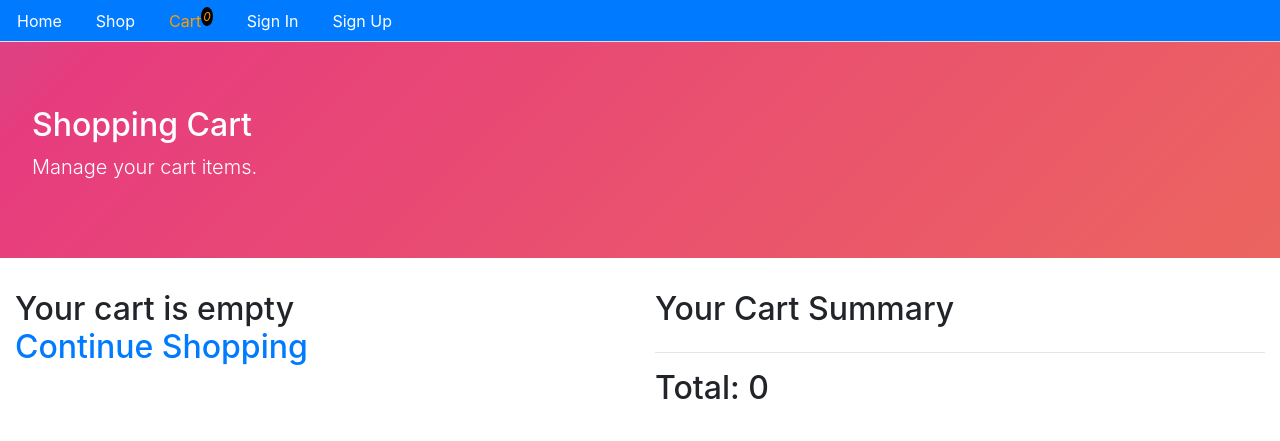
Repository: pragnyatata/Ecommerce
Page: /cart (app in ecommerce-front/)
These files come from the project's save history. The page is drawn as it stood at one moment and after the next save; the edit follows.
The browser window is 1280 px wide. The pictures show the whole page.
The project was rebuilt for these pictures with package versions that can differ from the ones it lists, and the page was loaded fresh each time. Also part of the build but not shown: ecommerce-front/src/user/Signup.js, ecommerce-front/src/user/Signin.js, ecommerce-front/src/core/ShowImage.js, ecommerce-front/src/core/Card.js, ecommerce-front/src/core/Search.js, ecommerce-front/src/core/Home.js, ecommerce-front/src/auth/PrivateRoute.js, ecommerce-front/src/user/UserDashboard.js and 10 more.

Above is the page before, as saved 2020-01-23 01:49:34.

After the next save:
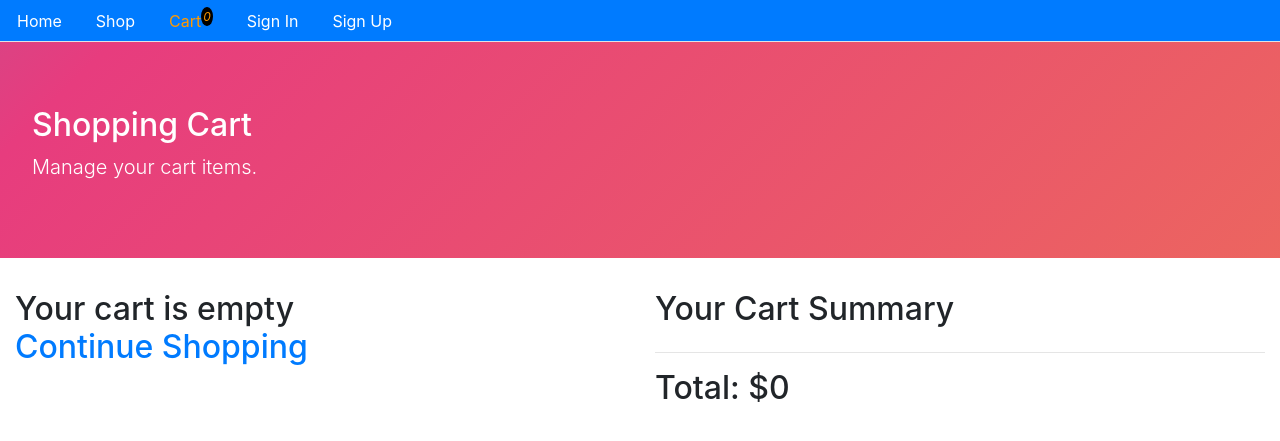
Saved 19 s later.
--- a/ecommerce-front/src/core/Checkout.js
+++ b/ecommerce-front/src/core/Checkout.js
@@ -11,7 +11,7 @@ const Checkout = ({ products }) => {
   };
   return (
     <div>
-      <h2> {`Total: ${getTotal()}`}</h2>
+      <h2> Total: ${getTotal()}</h2>
     </div>
   );
 };
